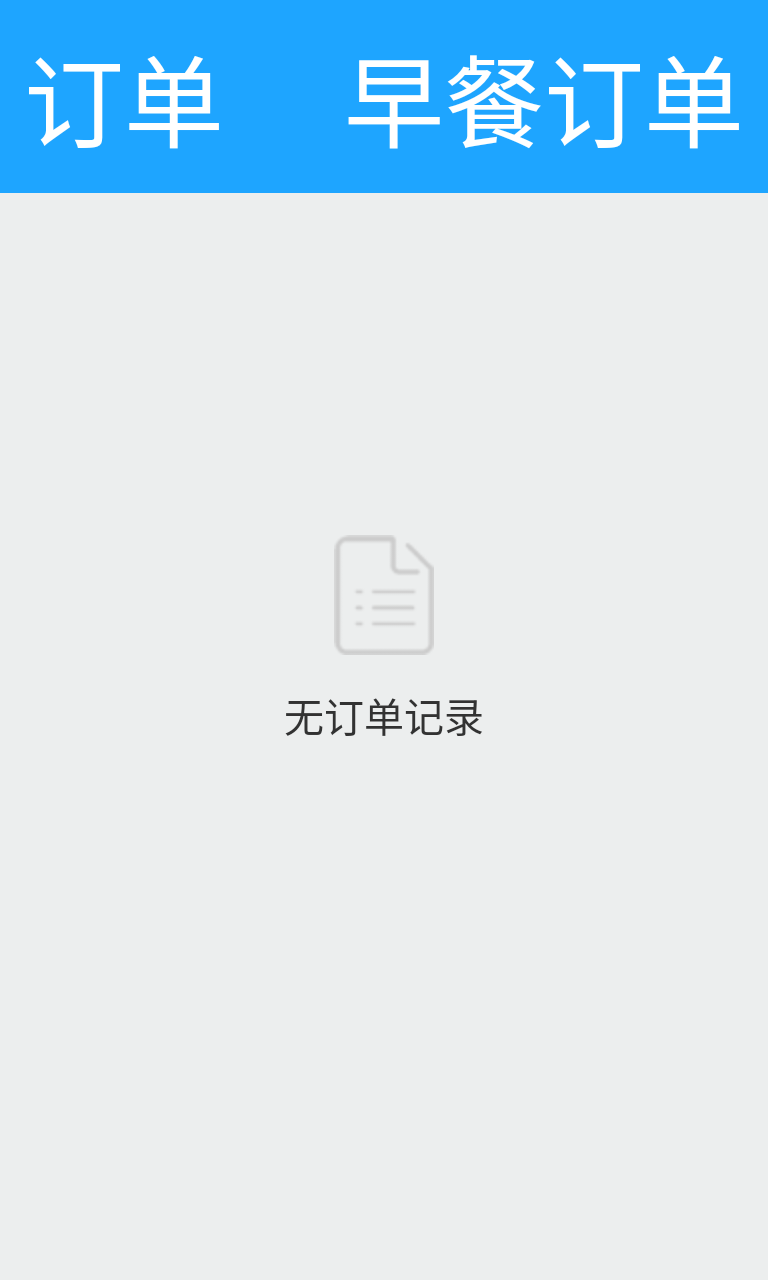
Repository: shi1hh/v
Layout: HungryTest/res/layout/fragment_dingdan.xml
These files come from the project's save history. The layout is drawn as it stood at one moment and after the next save; the edit follows.
It is drawn on a 768 x 1280 px phone screen (xhdpi) without system bars, with theme android:Theme.Light.NoTitleBar; the app's code is not run.

Above is the layout before, as saved 2015-10-24 16:05:22.

After the next save:
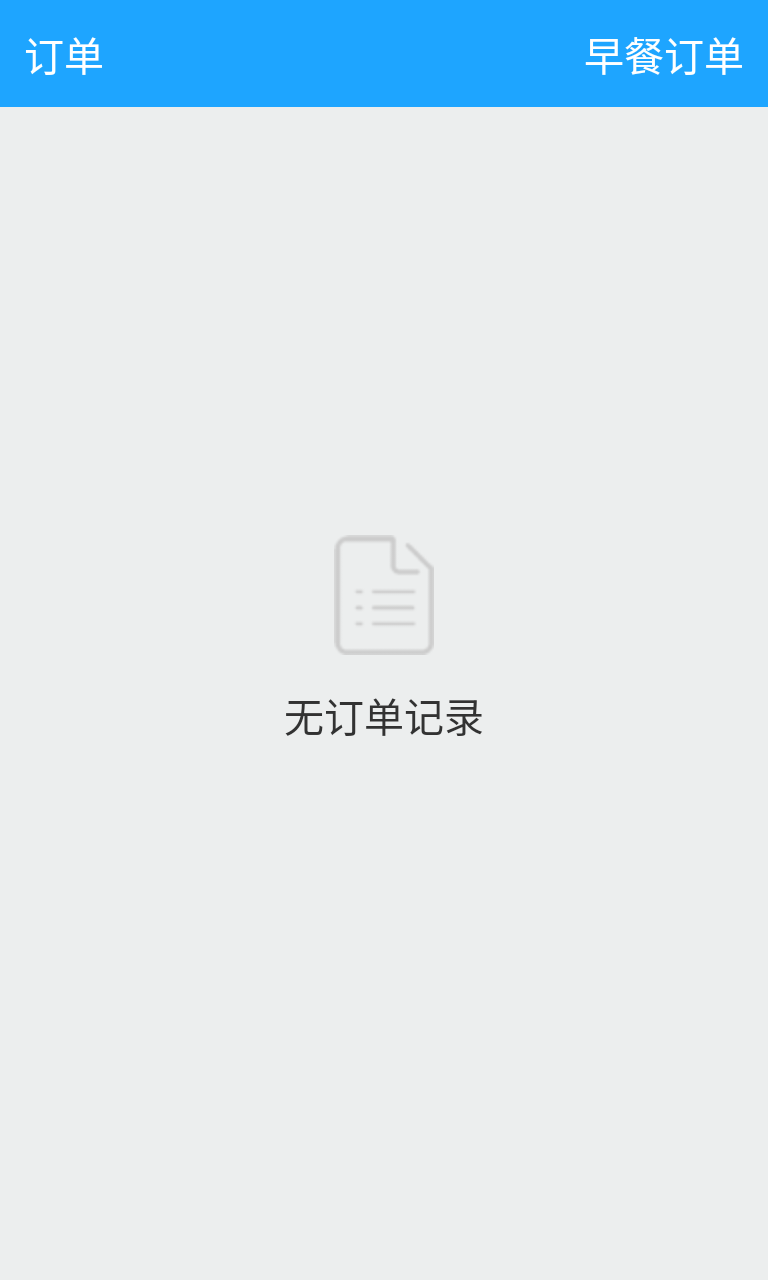
Saved 28 s later.
--- a/HungryTest/res/values/styles.xml
+++ b/HungryTest/res/values/styles.xml
@@ -39,7 +39,7 @@
     </style>
     <style name="back">
         <item name="android:textColor">#ffffff</item>
-       <item name="android:textSize">20sp</item>
+       <item name="android:textSize">30sp</item>
        <item name="android:text">←</item>
     </style>
 
@@ -48,7 +48,7 @@
     </style>
 
     <style name="normal_text">
-        <item name="android:textSize">50sp</item>
+        <item name="android:textSize">20sp</item>
         <item name="android:textColor">#ffffff</item>
         <item name="android:padding">12dp</item>
     </style>
